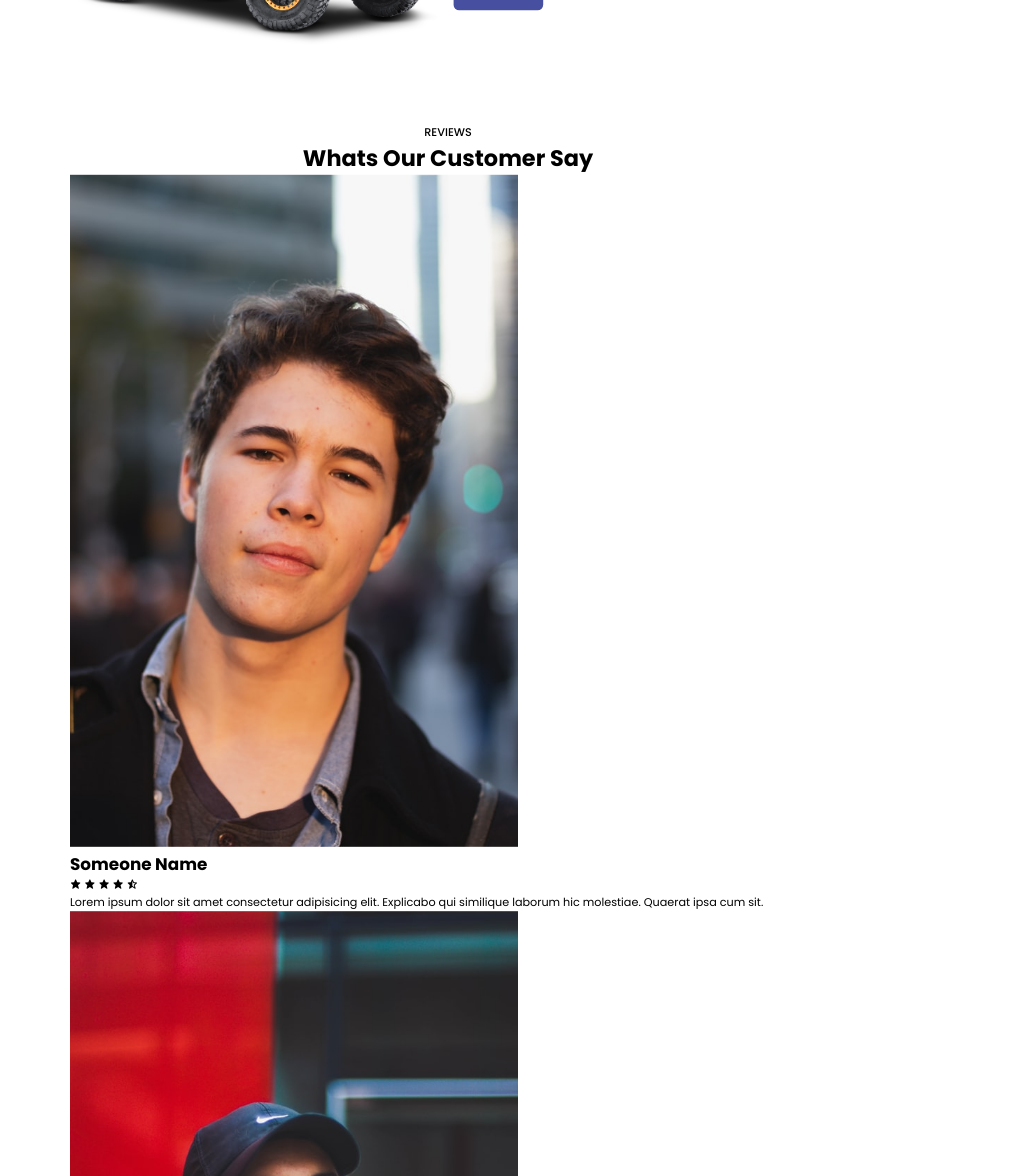
Repository: douglasabnovato/car-rental
Page: index.html
The author's editor kept a copy of each file at every save. The page is drawn from the files as they stood at one save, then again after the next save.
The browser window is 1280 px wide. The page is 1280 px wide, then 1460 px, so the pictures cover 1460 px, including what lies to the right of the window. The pictures show the part of the page from y = 2614 to 4294 px (the page is 6065 px tall before and 4016 px after), at 70% of full size.

Above is the page before, as saved 2025-05-16 16:31:46.

### index.html
<!DOCTYPE html>
<html lang="en">
  <head>
    <meta charset="UTF-8" />
    <meta name="viewport" content="width=device-width, initial-scale=1.0" />
    <title>Car Rental</title>
    <link
      rel="stylesheet"
      href="https://cdn.jsdelivr.net/npm/boxicons@latest/css/boxicons.min.css"
    />
    <link rel="stylesheet" href="./style.css" />
  </head>
  <body>
    <!-- Header -->
    <header>
      <a href="#" class="logo"
        ><img src="./assets/jeep.png" alt="logo da car rental" srcset=""
      /></a>
      <div class="bx bx-menu" id="menu-icon"></div>
      <ul class="navbar">
        <li><a href="#home">Home</a></li>
        <li><a href="#ride">Ride</a></li>
        <li><a href="#services">Services</a></li>
        <li><a href="#about">About</a></li>
        <li><a href="#reviews">Reviews</a></li>
      </ul>
      <div class="header-btn">
        <a href="#" class="sign-up">Sign Up</a>
        <a href="#" class="sign-in">Sign In</a>
      </div>
    </header>

    <!-- Home -->
    <section class="home" id="home">
      <div class="text">
        <h1>
          <span>Looking</span> to <br />
          rent a car
        </h1>
        <p>
          Lorem ipsum dolor sit amet consectetur adi <br />
          pisicing elit. Explicabo esse non fugiat!
        </p>
        <div class="app-stores">
          <img src="./assets/ios.png" alt="" />
          <img src="./assets/play.png" alt="" />
        </div>
      </div>
      <div class="form-container">
        <form action="">
          <div class="input-box">
            <span>Location</span>
            <input type="search" name="" id="" placeholder="Search Places" />
          </div>
          <div class="input-box">
            <span>Pick-Up Date</span>
            <input type="date" name="" id="" />
          </div>
          <div class="input-box">
            <span>Return Date</span>
            <input type="date" name="" id="" />
          </div>
          <input type="submit" name="" id="" class="btn" />
        </form>
      </div>
    </section>

    <!-- Ride -->
    <section class="ride" id="ride">
      <div class="heading">
        <span>How Its Work</span>
        <h1>Rent With 3 Easy Steps</h1>
      </div>
      <div class="ride-container">
        <div class="box">
          <i class="bx bxs-map"></i>
          <h2>Choose A Location</h2>
          <p>
            Lorem ipsum dolor sit, amet consectetur adipisicing elit.
            Perspiciatis, impedit? Saepe quo quam numquam maxime?
          </p>
        </div>
        <div class="box">
          <i class="bx bxs-calendar-check"></i>
          <h2>Pick-Up Date</h2>
          <p>
            Lorem ipsum dolor sit, amet consectetur adipisicing elit.
            Perspiciatis, impedit? Saepe quo quam numquam maxime?
          </p>
        </div>
        <div class="box">
          <i class="bx bxs-calendar-star"></i>
          <h2>Book A Car</h2>
          <p>
            Lorem ipsum dolor sit, amet consectetur adipisicing elit.
            Perspiciatis, impedit? Saepe quo quam numquam maxime?
          </p>
        </div>
      </div>
    </section>

    <!-- Services -->
    <section class="services" id="services">
      <div class="heading">
        <span>Best Services</span>
        <h1>
          Explore Out Top Deals <br />
          From Top Rated Dealers
        </h1>
      </div>
      <div class="services-container">
        <div class="box">
          <div class="box-img">
            <img src="./assets/car1.jpg" alt="car1" />
          </div>
          <p>2017</p>
          <h3>2018 Honda Civic</h3>
          <h2>$58500 | $358 <span> /month</span></h2>
          <a href="#" class="btn">Rent Now</a>
        </div>

        <div class="box">
          <div class="box-img">
            <img src="./assets/car2.jpg" alt="car1" />
          </div>
          <p>2017</p>
          <h3>2018 Honda Civic</h3>
          <h2>$58500 | $358 <span> /month</span></h2>
          <a href="#" class="btn">Rent Now</a>
        </div>

        <div class="box">
          <div class="box-img">
            <img src="./assets/car3.jpg" alt="car1" />
          </div>
          <p>2017</p>
          <h3>2018 Honda Civic</h3>
          <h2>$58500 | $358 <span> /month</span></h2>
          <a href="#" class="btn">Rent Now</a>
        </div>

        <div class="box">
          <div class="box-img">
            <img src="./assets/car4.jpg" alt="car1" />
          </div>
          <p>2017</p>
          <h3>2018 Honda Civic</h3>
          <h2>$58500 | $358 <span> /month</span></h2>
          <a href="#" class="btn">Rent Now</a>
        </div>

        <div class="box">
          <div class="box-img">
            <img src="./assets/car5.jpg" alt="car1" />
          </div>
          <p>2017</p>
          <h3>2018 Honda Civic</h3>
          <h2>$58500 | $358 <span> /month</span></h2>
          <a href="#" class="btn">Rent Now</a>
        </div>

        <div class="box">
          <div class="box-img">
            <img src="./assets/car6.jpg" alt="car1" />
          </div>
          <p>2017</p>
          <h3>2018 Honda Civic</h3>
          <h2>$58500 | $358 <span> /month</span></h2>
          <a href="#" class="btn">Rent Now</a>
        </div>
      </div>
    </section>

    <!-- About -->
    <section class="about" id="about">
      <div class="heading">
        <span>About Us</span>
        <h1>Best Customer Experience</h1>
      </div>
      <div class="about-container">
        <div class="about-img">
          <img src="./assets/about.png" alt="" />
        </div>
        <div class="about-text">
          <span>About Us</span>
          <p>
            Lorem ipsum dolor sit amet consectetur adipisicing elit. Nemo atque
            quidem excepturi sunt est qui corporis iusto quo nobis vitae
            molestias veniam deleniti fugiat, beatae iste doloribus rerum
            officiis iure voluptates perferendis eaque ratione?
          </p>
          <a href="#" class="btn">Learn More</a>
        </div>
      </div>
    </section>

    <!-- Reviews -->
    <section class="reviews" id="reviews">
      <div class="heading">
        <span>Reviews</span>
        <h1>Whats Our Customer Say</h1>
      </div>
      <div class="reviews-container">
        <div class="box">
          <div class="rev-img">
            <img src="./assets/rev1.jpg" alt="" />
          </div>
          <h2>Someone Name</h2>
          <div class="stars">
            <i class="bx bxs-star"></i>
            <i class="bx bxs-star"></i>
            <i class="bx bxs-star"></i>
            <i class="bx bxs-star"></i>
            <i class="bx bxs-star-half"></i>
          </div>
          <p>Lorem ipsum dolor sit amet consectetur adipisicing elit. Explicabo qui similique laborum hic molestiae. Quaerat ipsa cum sit.</p>
        </div>
        <div class="box">
          <div class="rev-img">
            <img src="./assets/rev2.jpg" alt="" />
          </div>
          <h2>Someone Name</h2>
          <div class="stars">
            <i class="bx bxs-star"></i>
            <i class="bx bxs-star"></i>
            <i class="bx bxs-star"></i>
            <i class="bx bxs-star"></i>
            <i class="bx bxs-star-half"></i>
          </div>
          <p>Lorem ipsum dolor sit amet consectetur adipisicing elit. Explicabo qui similique laborum hic molestiae. Quaerat ipsa cum sit.</p>
        </div>
        <div class="box">
          <div class="rev-img">
            <img src="./assets/rev3.jpg" alt="" />
          </div>
          <h2>Someone Name</h2>
          <div class="stars">
            <i class="bx bxs-star"></i>
            <i class="bx bxs-star"></i>
            <i class="bx bxs-star"></i>
            <i class="bx bxs-star"></i>
            <i class="bx bxs-star-half"></i>
          </div>
          <p>Lorem ipsum dolor sit amet consectetur adipisicing elit. Explicabo qui similique laborum hic molestiae. Quaerat ipsa cum sit.</p>
        </div>
      </div>
    </section>

    <!-- Link to JS -->
    <script src="./script.js"></script>
  </body>
</html>

### style.css
@import url("https://fonts.googleapis.com/css2?family=Noto+Sans:ital,wght@0,100..900;1,100..900&family=Poppins:ital,wght@0,100;0,200;0,300;0,400;0,500;0,600;0,700;0,800;0,900;1,100;1,200;1,300;1,400;1,500;1,600;1,700;1,800;1,900&display=swap");

* {
  margin: 0;
  padding: 0;
  box-sizing: border-box;
  scroll-padding-top: 2rem;
  scroll-behavior: smooth;
  list-style: none;
  text-decoration: none;
  font-family: "Poppins", sans-serif;
}

:root {
  --main-color: #fe5b3d;
  --second-color: #ffac38;
  --text-color: #444;
  --gradient: linear-gradient(#fe5b3d, #ffac38);
}

html::-webkit-scrollbar {
  width: 0.5rem;
}

html::-webkit-scrollbar-track {
  background: transparent;
}

html::-webkit-scrollbar-thumb {
  background: var(--main-color);
  border-radius: 5rem;
}

section {
  padding: 50px 100px;
}

/* Header */

header {
  position: fixed;
  width: 100%;
  top: 0;
  right: 0;
  z-index: 1000;
  display: flex;
  align-items: center;
  justify-content: space-between;
  background: #eeeff1;
  padding: 15px 100px;
}

.logo img {
  width: 40px;
}

.navbar {
  display: flex;
}

.navbar li {
  position: relative;
}

.navbar a {
  font-size: 1rem;
  padding: 10px 20px;
  color: var(--text-color);
  font-weight: 500;
}

.navbar a:after {
  content: "";
  width: 0;
  height: 3px;
  background: var(--gradient);
  position: absolute;
  bottom: -4px;
  left: 0;
  transition: 0.5s;
}

.navbar a:hover::after {
  width: 100%;
}

#menu-icon {
  font-size: 24px;
  cursor: pointer;
  z-index: 10001;
  display: none;
}

.header-btn a {
  padding: 10px 20px;
  color: var(--text-color);
  font-weight: 500;
}

.header-btn .sign-in {
  background: #474fa0;
  color: #fff;
  border-radius: 0.5rem;
}

.header-btn .sign-in:hover {
  background: var(--main-color);
}

/* Home */
.home {
  width: 100%;
  min-height: 100vh;
  position: relative;
  background: url(./assets/Car\ Website\ –\ 1@2x.png);
  background-repeat: no-repeat;
  background-position: center right;
  background-size: cover;
  display: grid;
  align-items: center;
  grid-template-columns: repeat(2, 1fr);
}

.text h1 {
  font-size: 3.5rem;
  letter-spacing: 2px;
}

.text span {
  color: var(--main-color);
}

.text p {
  margin: 0.5rem 0 1rem;
}

.app-stores {
  display: flex;
}

.app-stores img {
  width: 100px;
  margin-right: 1rem;
  cursor: pointer;
}

.form-container form {
  display: flex;
  flex-wrap: wrap;
  align-items: center;
  gap: 1rem;
  position: absolute;
  bottom: 4rem;
  left: 100px;
  background: #fff;
  padding: 20px;
  border-radius: 0.5rem;
}

.input-box {
  flex: 1 1 7rem;
  display: flex;
  flex-direction: column;
}

.input-box span {
  font-weight: 500;
}

.input-box input {
  padding: 7px;
  outline: none;
  border: none;
  background: #eeeff1;
  border-radius: 0.5rem;
  font-size: 1rem;
}

.form-container form .btn {
  flex: 1 1 7rem;
  padding: 10px 34px;
  border: none;
  border-radius: 0.5rem;
  background: #474fa0;
  color: #fff;
  font-size: 1rem;
  font-weight: 500;
}

.form-container form .btn:hover {
  background: var(--main-color);
  cursor: pointer;
}

/* Ride */
.heading {
  text-align: center;
}

.heading span {
  font-weight: 500;
  text-transform: uppercase;
}

.heading h1 {
  font-size: 2rem;
}

.ride-container {
  display: grid;
  align-items: center;
  grid-template-columns: repeat(auto-fit, minmax(250px, auto));
  gap: 1rem;
  margin-top: 2rem;
}

.ride-container .box {
  text-align: center;
  padding: 20px;
}

.ride-container .box .bx {
  font-size: 34px;
  padding: 10px;
  background: #eeeff1;
  border-radius: 0.5rem;
  color: var(--main-color);
}

.ride-container .box h2 {
  font-size: 1.3rem;
  font-weight: 500;
  margin: 1.4rem 0 0.5rem;
}

.ride-container .box .bx:hover,
.ride-container .box .bx .bxs-calendar-star {
  background: var(--gradient);
  color: #fff;
}

/* Services */
.services-container {
  display: grid;
  grid-template-columns: repeat(auto-fit, minmax(300px, auto));
  gap: 1rem;
  margin-top: 2rem;
}

.services-container .box {
  padding: 10px;
  border-radius: 1rem;
  box-shadow: 1px 4px 41px rgba(0, 0, 0, 0.1);
}

.services-container .box .box-img {
  width: 100%;
  height: 200px;
}

.services-container .box .box-img img {
  width: 100%;
  height: 100%;
  border-radius: 1rem;
  object-fit: cover;
  object-position: center;
}

.services-container .box p {
  padding: 0 10px;
  border: 1px solid var(--text-color);
  width: 58px;
  border-radius: 0.5rem;
  margin: 1rem 0 1rem;
}

.services-container .box h2 {
  font-size: 1.1rem;
  font-weight: 600;
  color: var(--main-color);
  margin: 0.2rem 0 0 0.5rem;
}

.services-container .box h2 span {
  font-size: 0.8rem;
  font-weight: 500;
  color: var(--text-color);
}

.services-container .box .btn {
  display: flex;
  justify-content: center;
  background: #474fa0;
  color: #fff;
  padding: 10px;
  border-radius: 0.5rem;
}

.services-container .box .btn:hover {
  background: var(--main-color);
}

/* About */
.about-container {
  display: grid;
  grid-template-columns: repeat(2, 1fr);
  margin-top: 2rem;
  align-items: center;
  gap: 1rem;
}

.about-img img {
  width: 100%;
}

.about-text span {
  font-weight: 500;
  color: var(--main-color);
  text-transform: uppercase;
}

.about-text p {
  margin: 0.5rem 0 1.4rem;
}

.about-text .btn {
  padding: 10px 20px;
  background: #474fa0;
  color: #fff;
  border-radius: 0.5rem;
}

.about-text .btn:hover {
  background: var(--main-color);
}

/* Review */

Loaded but not shown: script.js (no stored copy; drawn as an empty file)

After the next save:
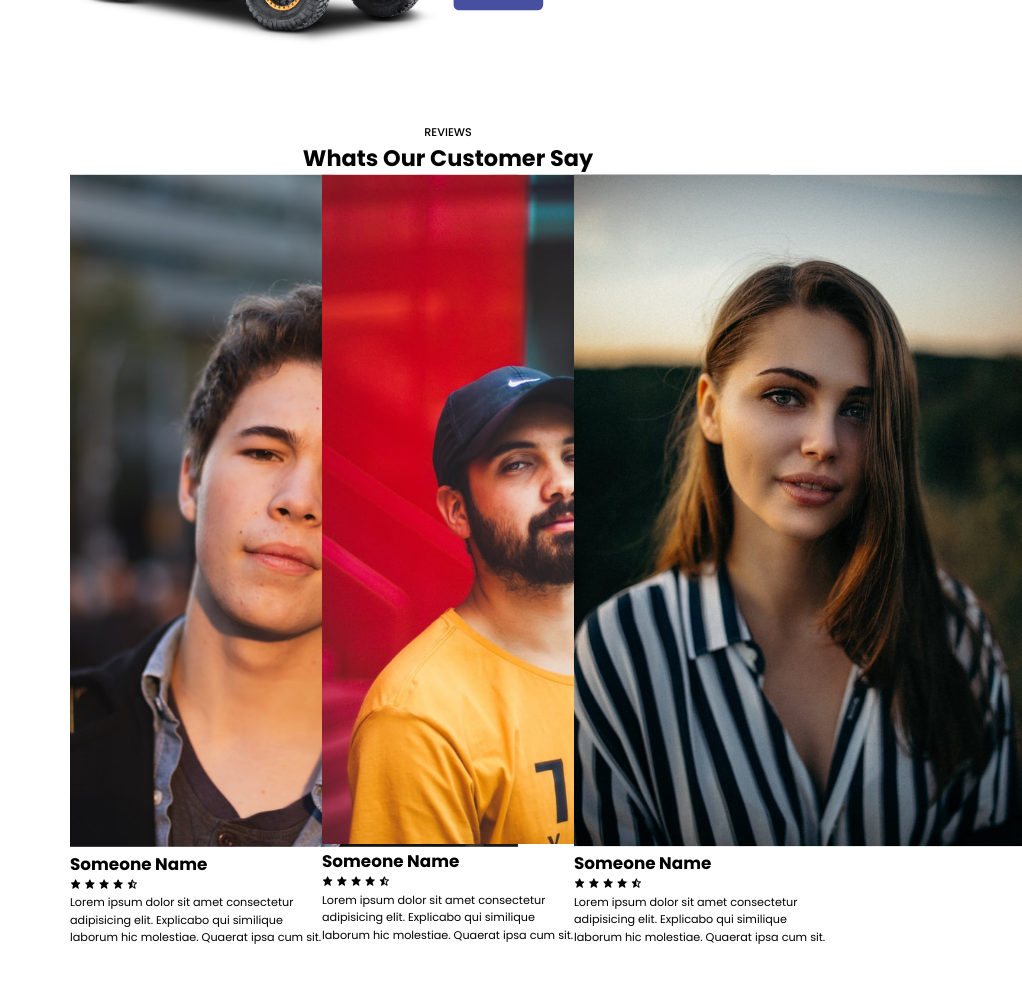
Saved 78 s later.
--- a/style.css
+++ b/style.css
@@ -335,3 +335,7 @@ header {
 }
 
 /* Review */
+.reviews-container {
+    display: grid;
+    grid-template-columns: repeat(auto-fit, minmax(250px, auto));
+}
